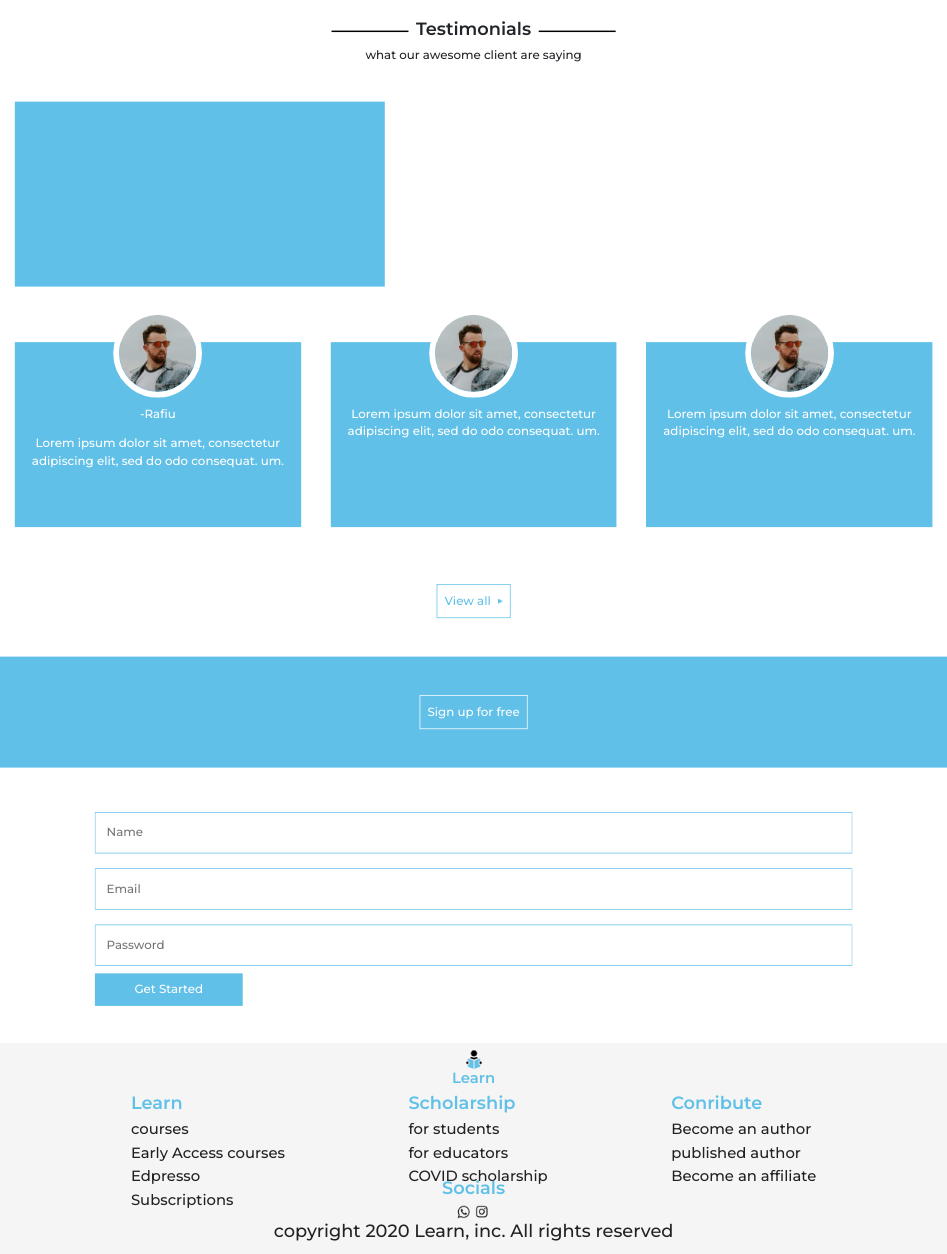
Repository: TiaraOluwanimi/team5
Page: tutor.html
These files come from the project's save history. The page is drawn as it stood at one moment and after the next save; the edit follows.
The browser window is 1280 px wide. The pictures show the part of the page from y = 1876 to 3571 px (the page is 3571 px tall before and 3025 px after), at 74% of full size.
A picture or video elsewhere on the page could not be fetched, so the positions and the page height are approximate. Some web libraries are served in a nearby version.

Above is the page before, as saved 2020-08-08 12:31:29.

After the next save:
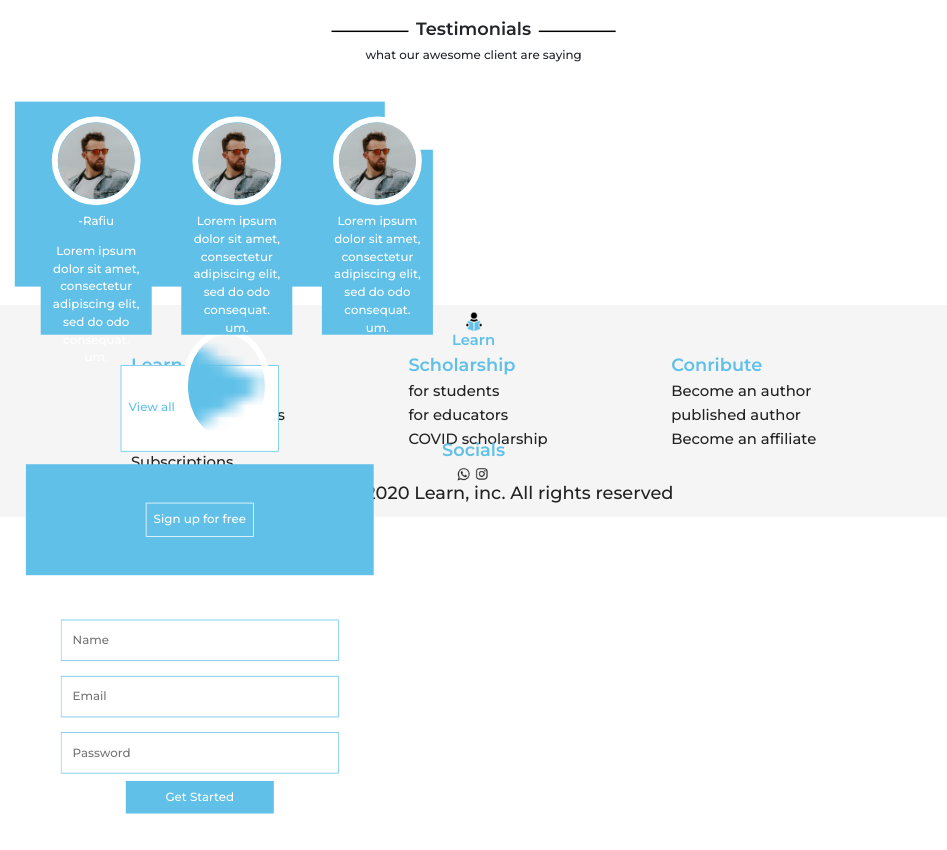
Saved 6 s later.
--- a/tutor.html
+++ b/tutor.html
@@ -223,7 +223,7 @@
           </div>
           <p>what our awesome client are saying</p>
         </div>
-        <div class="testimonial-card"></div>
+        <div class="testimonial-card">
         <div  id="testimonial-details">
           <div class="testimonial-card">
             <img src="./assets/img/Ellipse7.png" alt="">
